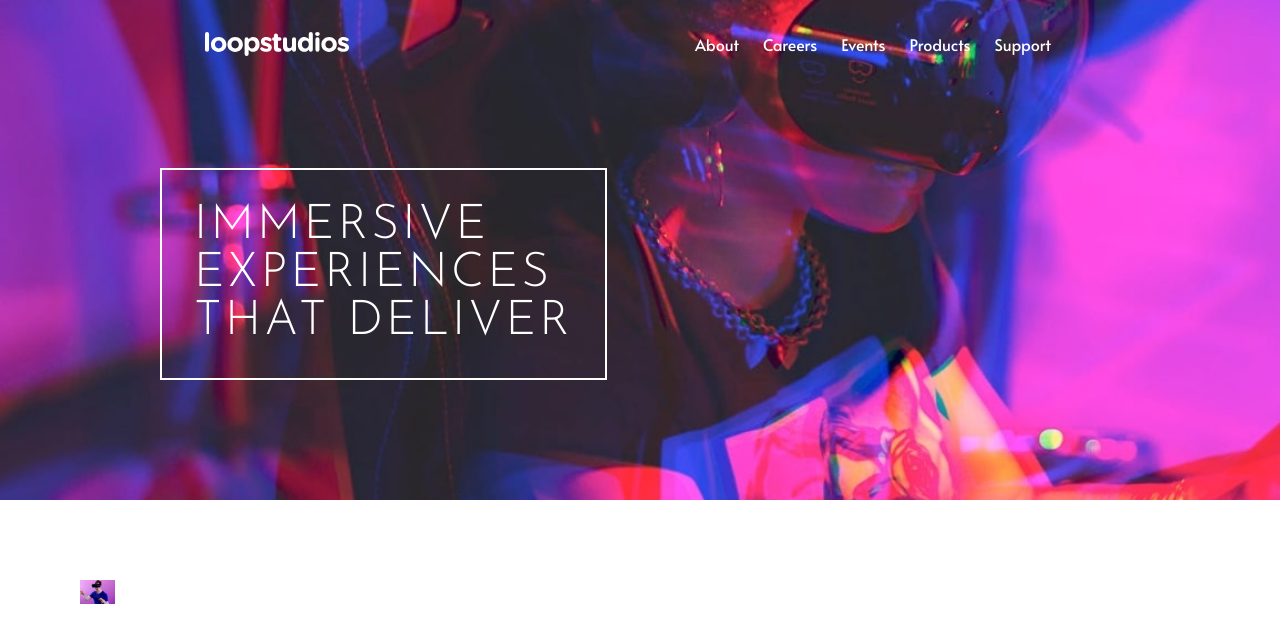
Repository: gligor99/loopstudios-fm
Page: /
The author's editor kept a copy of each file at every save. The page is drawn from the files as they stood at one save, then again after the next save.
The browser window is 1280 px wide. The pictures show the whole page.
The project was rebuilt for these pictures with package versions that can differ from the ones it lists, and the page was loaded fresh each time.

Above is the page before, as saved 2021-11-28 15:31:13.

### src/index.css
@import url('https://fonts.googleapis.com/css2?family=Alata&family=Josefin+Sans:wght@300&display=swap');

:root {
  --clr-white: hsl(0, 0%, 100%);
  --clr-black: hsl(0, 0%, 0%);
  --clr-dark-gray: hsl(0, 0%, 55%);
  --clr-very-dark-gray: hsl(0, 0%, 41%)
}

*,
::after,
::before {
  margin: 0;
  padding: 0;
  box-sizing: border-box;
}

body {
  font-family: "Alata", sans-serif;
  background: var(--clr-light-grayish-cyan);
  color: var(--clr-grey-1);
  font-size: 1rem;
}

### src/App.jsx
import About from "./components/About/About";
import Hero from "./components/Hero/Hero";


function App() {
  return (
    <div className="App">
      <Hero />
      <About />
    </div>
  );
}

export default App;

### src/components/About/About.jsx
import './about.css'
import image from '../../assets/desktop/image-interactive.jpg'

const About = () => {
  return <div className="about-container">
      <img src={image} alt="interactive.jpg" />
  </div>;
};

export default About;

### src/components/Hero/Hero.jsx
import React from "react";
import Navbar from "../Navbar/Navbar";
import "./hero.css";

const Hero = () => {
  return (
    <div className="container">
      <Navbar />
      <div className="container-content">
        <h1 className="title">
          Immersive <br /> experiences <br />
          that deliver
        </h1>
      </div>
    </div>
  );
};

export default Hero;

### src/components/About/about.css
.about-container {
    padding: 5rem;
}

### src/components/Navbar/Navbar.jsx
import logo from "../../assets/logo.svg";
import "./navbar.css";

const Navbar = () => {
  return (
    <div className="wrapper">
      <img src={logo} alt="logo.svg" />
      <ul>
        <li>
          <a href="/about">About</a>
        </li>
        <li>
          <a href="/careers">Careers</a>
        </li>
        <li>
          <a href="/events">Events</a>
        </li>
        <li>
          <a href="/products">Products</a>
        </li>
        <li>
          <a href="/support">Support</a>
        </li>
      </ul>
    </div>
  );
};

export default Navbar;

### src/components/Hero/hero.css
.container {
    background: url('../../assets/desktop/image-hero.jpg');
    background-repeat: no-repeat;
    background-attachment: fixed;
    background-size: cover;
    height: 500px;
}
.container-content {
    display: flex;
    margin-top: 5rem;
    margin-left: 10rem;
}

.title {
    border: 2px solid var(--clr-white);
    padding: 2rem;
    text-transform: uppercase;
    font-family: 'Josefin Sans' , sans-serif;
    font-size: 3rem;
    font-weight: 100;
    letter-spacing: 0.2rem;
    color: white;
}

### src/components/Navbar/navbar.css
.wrapper {
  display: flex;
  flex-direction: row;
  justify-content: space-around;
  align-items: center;
  margin: auto;
  padding: 2rem;
  background-color: transparent;
}
img {
  height: 1.5rem;
}
ul {
  display: flex;
  flex-wrap: nowrap;
  justify-content: space-evenly;
}
li {
  list-style-type: none;
  padding-right: 1.5rem;
}
a {
  position: relative;
  display: inline-block;
  text-decoration: none;
  color: var(--clr-white);
}
a:after {
  content: "";
  position: absolute;
  left: 0;
  top: 100%;
  width: 0;
  height: 1.8px;
  background-color: var(--clr-white);
  transition: width 0.2s ease-in-out;
}
a:hover:after {
  width: 100%;
}

Loaded but not shown: public/index.html (common file); src/index.jsx (common file)

After the next save:
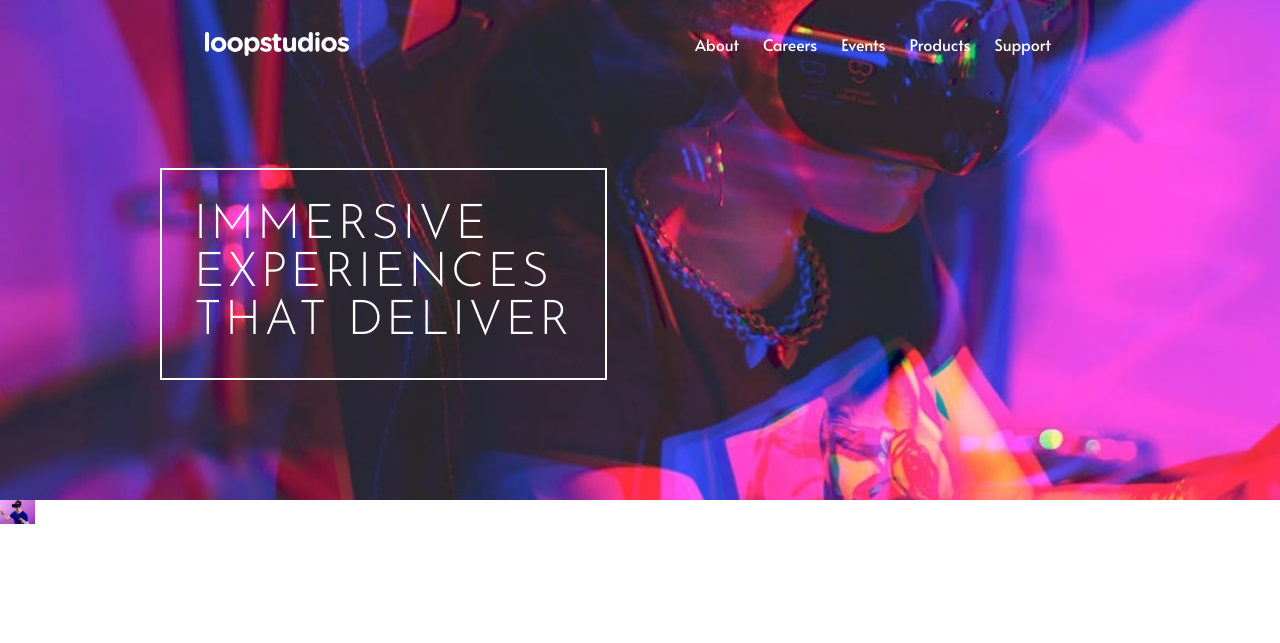
Saved 22 s later.
--- a/src/components/About/about.css
+++ b/src/components/About/about.css
@@ -1,3 +1,3 @@
 .about-container {
-    padding: 5rem;
+    display: flex;
 }
